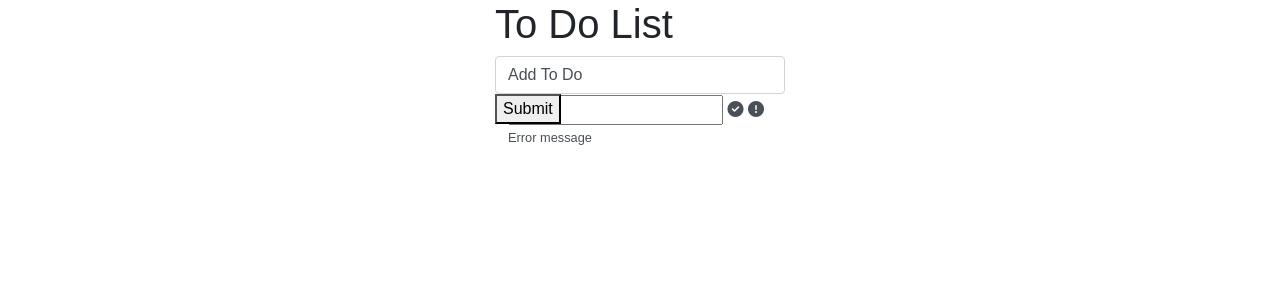
Repository: skepp4rn/todolist
Page: index.html
The author's editor kept a copy of each file at every save. The page is drawn from the files as they stood at one save, then again after the next save.
The browser window is 1280 px wide. The pictures show the whole page.
The page's requests for data from a server got no answer. Some web libraries are served in a nearby version.

Above is the page before, as saved 2021-01-28 11:29:28.

### index.html
<!DOCTYPE html>
<html lang="sv">
<head>
    <meta charset="UTF-8">
    <meta name="viewport" content="width=device-width, initial-scale=1.0">

    <script src="https://kit.fontawesome.com/ef4c0722a8.js" crossorigin="anonymous"></script>
    <link rel="stylesheet" href="https://cdn.jsdelivr.net/npm/bootstrap@4.5.3/dist/css/bootstrap.min.css" integrity="sha384-TX8t27EcRE3e/ihU7zmQxVncDAy5uIKz4rEkgIXeMed4M0jlfIDPvg6uqKI2xXr2" crossorigin="anonymous">
    <link rel="stylesheet" href="css/style.css">

    <title>Todo</title>
</head>
<body>
    <div class="container">
        <div id="header">
            <h1>To Do List</h1>
        </div>

        <form class="form" id="form">
            <div class="form-control">
                <label>Add To Do</label>
                <input type="text" id="addToDo">
                <i class="fas fa-check-circle"></i>
                <i class="fas fa-exclamation-circle"></i>
                <small>Error message</small>
            </div>

            <button id="subbtn">Submit</button>
        </form>
    </div>

    <div class="container2">
        <div id="list"></div>
    </div>

    <script src="https://code.jquery.com/jquery-3.5.1.slim.min.js" integrity="sha384-DfXdz2htPH0lsSSs5nCTpuj/zy4C+OGpamoFVy38MVBnE+IbbVYUew+OrCXaRkfj" crossorigin="anonymous"></script>
    <script src="https://cdn.jsdelivr.net/npm/bootstrap@4.5.3/dist/js/bootstrap.bundle.min.js" integrity="sha384-ho+j7jyWK8fNQe+A12Hb8AhRq26LrZ/JpcUGGOn+Y7RsweNrtN/tE3MoK7ZeZDyx" crossorigin="anonymous"></script>
    <script src="https://cdnjs.cloudflare.com/ajax/libs/uuid/8.1.0/uuidv4.min.js"></script>
    <script src="script.js"></script>
</body>

### css/style.css
html, body {
    width: 50%;
    margin: 0 auto;
    font-family: Arial, Helvetica, sans-serif;
}

### script.js
let ToDo = [];
let addToDos = document.getElementById('addToDo');
let form = document.getElementById('form');
let check = false;
let subbtn = document.getElementById('subbtn');
let list = document.querySelector('#list');
const fetchTodos = () => {
    fetch('https://jsonplaceholder.typicode.com/todos?_start20=&_limit=10')
    .then(res => res.json())
    .then(data => {
      ToDo = data;
      listelement(ToDo);
    })
}
fetchTodos();

const listelement = (ToDo) => {
    list.innerHTML = '';
    ToDo.forEach(todo => {
        list.innerHTML += newTodo(todo);
    })
    console.log(ToDo);
}

const newTodo = todo => {

    let template = todo.completed ? `
    <div id="${todo.id}" class="todoinput completed">
        <div class="todobox">
          <h3 class="title">${todo.title}</h3>
            <div class="knappar">
                <button class="fas fa-undo"></button>
                <button class="fas fa-trash"></button>
            </div>
        </div>
    </div>
    `
    : `
    <div id="${todo.id}" class="todoinput">
        <div class="todobox">
            <h3 class="title">${todo.title}</h3>
            <button class="done">Done</button>
        </div>
    </div>
    `
    return template
  }


  const createTodo = (title) => {

    fetch('https://jsonplaceholder.typicode.com/todos',{
      method: 'POST',
      headers: {
        'Content-type': 'application/json; charset=UTF-8'
      },
      body: JSON.stringify({
        title,
        completed: false
      })
    })
    .then(res => res.json())
    .then(data => {
        let _todo = {
            title: data.title,
            completed: data.completed,
            id: uuidv4()
        }
      console.log(data)
      ToDo.unshift(_todo);
      listelement(ToDo);
    })
}

form.addEventListener('submit', (e) => {
    e.preventDefault();

    checkInputs();

    if(check == true) {
        removeinput(addToDos);

        createTodo(addToDos.value)
        listelement(ToDo);

        addToDos.value = '';
    }
});

function checkInputs() {
    let addToDosValue = addToDos.value.trim();

    if(addToDosValue === ``) {
    setErrorFor(addToDos, `To Do cannot be blank`);

    } else {
        setSuccessFor(addToDos);
    }
}

function setErrorFor(input, message) {
    let formControl = input.parentElement;
    let small = formControl.querySelector('small');
    small.innerText = message;
    formControl.className = 'form-control error';
    check = false;
}

function setSuccessFor(input) {
    let formControl = input.parentElement;
    formControl.className = 'form-control success';
    check = true;
}

function removeinput(input) {
    let formControl = input.parentElement;
    formControl.className = 'form-control';
}

list.addEventListener('click', (e) => {
    if(e.target.classList.contains('done')) {
        complete(e.target.parentNode.parentNode.id)
    }
    else if(e.target.classList.contains('fa-undo')) {
        complete(e.target.parentNode.parentNode.parentNode.id)
    }
})

function complete(id) {
    ToDo.map(todo => {
        if(todo.id == id){
            todo.completed = !todo.completed
        }
        return todo
    })
    listelement(ToDo)
}

list.addEventListener('click', (e) => {

    if(e.target.classList.contains('fa-trash')) {
        ToDo = ToDo.filter(removetodo => removetodo.id != e.target.parentNode.parentNode.parentNode.id)
        listelement(ToDo)
    }
});

After the next save:
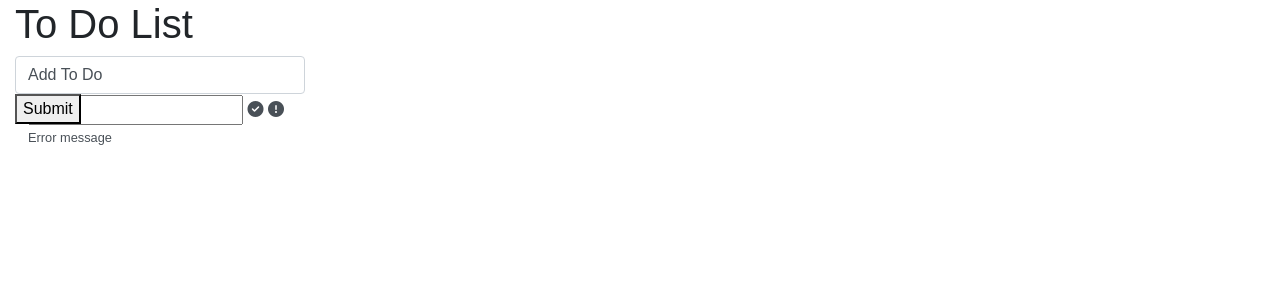
Saved 15 s later.
--- a/css/style.css
+++ b/css/style.css
@@ -1,5 +1,5 @@
 html, body {
     width: 50%;
-    margin: 0 auto;
+    margin: 0;
     font-family: Arial, Helvetica, sans-serif;
 }

After the save that followed:
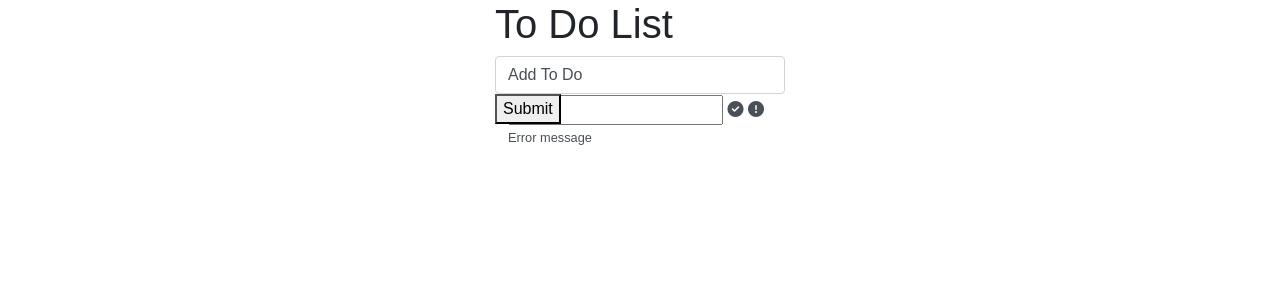
Saved 8 s later.
--- a/css/style.css
+++ b/css/style.css
@@ -1,5 +1,5 @@
 html, body {
     width: 50%;
-    margin: 0;
+    margin: auto;
     font-family: Arial, Helvetica, sans-serif;
 }
